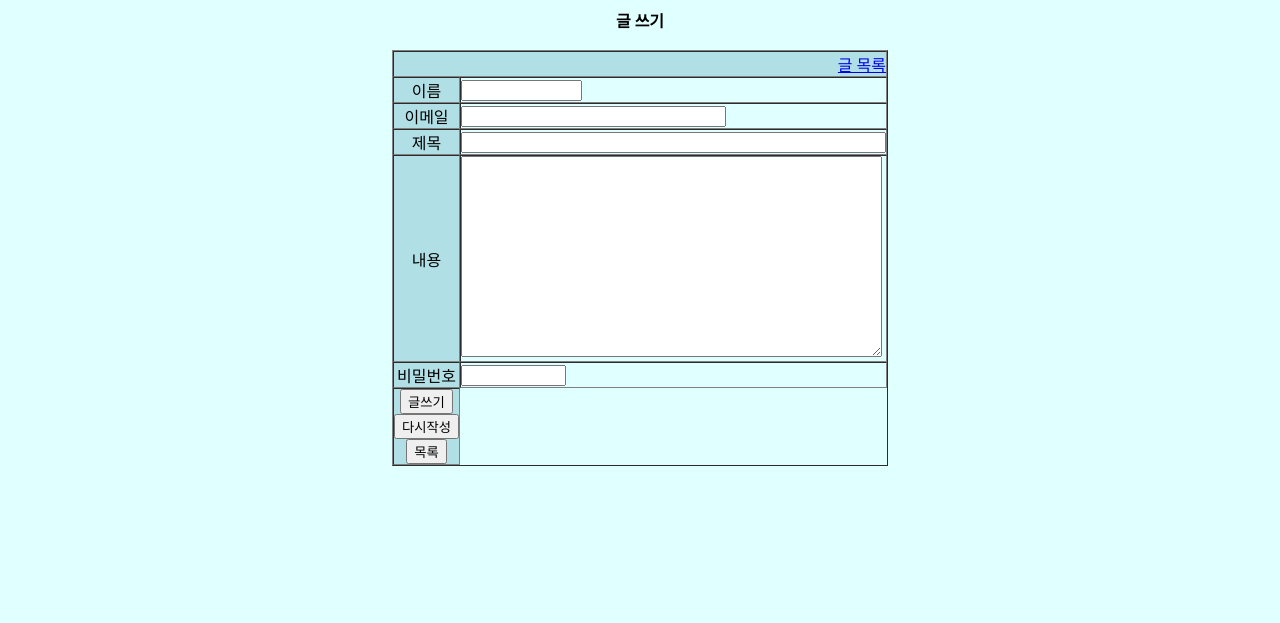
Repository: YEUMSEHWAN/JSP-Study
Page: http://localhost/ServletProjet/boardone/writeForm.jsp
These files come from the project's save history. The page is drawn as it stood at one moment and after the next save; the edit follows.
The browser window is 1280 px wide. The pictures show the whole page.
The page is served by Tomcat 9.

Above is the page before, as saved 2022-08-16 07:23:11.

After the next save:
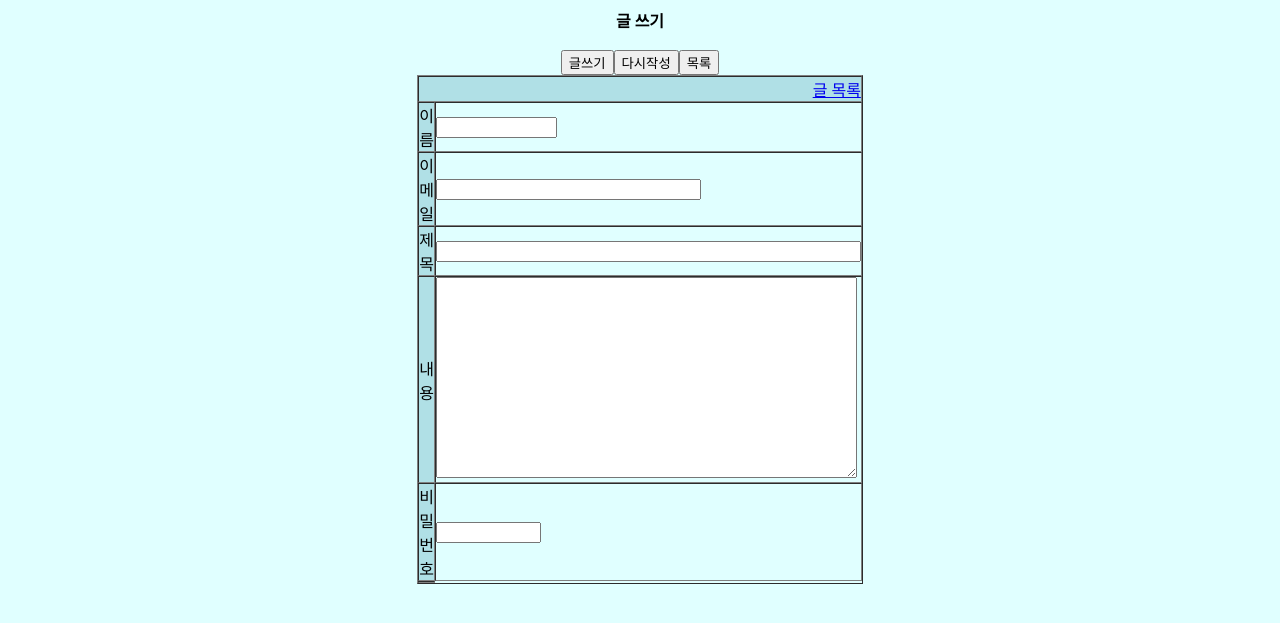
Saved 52 s later.
--- a/ServletProjet/src/main/webapp/boardone/writeForm.jsp
+++ b/ServletProjet/src/main/webapp/boardone/writeForm.jsp
@@ -60,7 +60,7 @@
 </tr>
 
 <tr>
-<td colsan = "2" bgcolor = "<%=value_c%>" align = "center">
+<td colsan = "2" bgcolor = "<%=value_c%>" align = "center"></td>
 <input type = "submit" value = "글쓰기">
 <input type = "reset" value = "다시작성">
 <input type = "button" value = "목록" onclick = "window.location='list.jsp'">

After the save that followed:
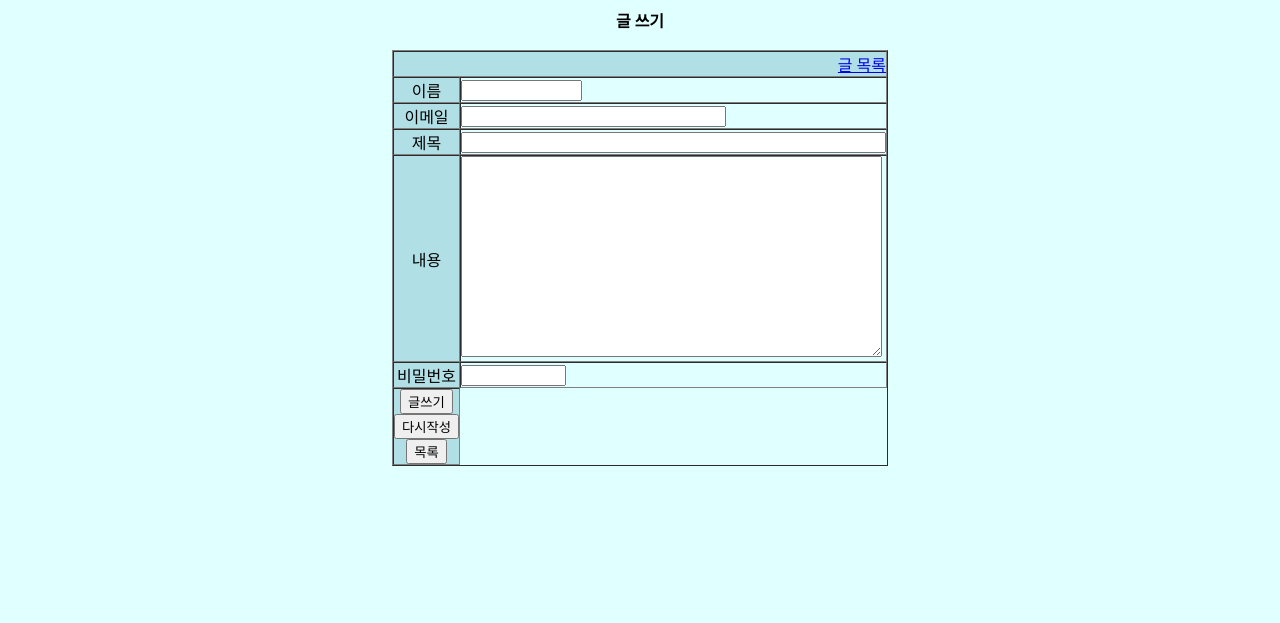
Saved 13 s later.
--- a/ServletProjet/src/main/webapp/boardone/writeForm.jsp
+++ b/ServletProjet/src/main/webapp/boardone/writeForm.jsp
@@ -60,7 +60,7 @@
 </tr>
 
 <tr>
-<td colsan = "2" bgcolor = "<%=value_c%>" align = "center"></td>
+<td colsan = "2" bgcolor = "<%=value_c%>" align = "center">
 <input type = "submit" value = "글쓰기">
 <input type = "reset" value = "다시작성">
 <input type = "button" value = "목록" onclick = "window.location='list.jsp'">
